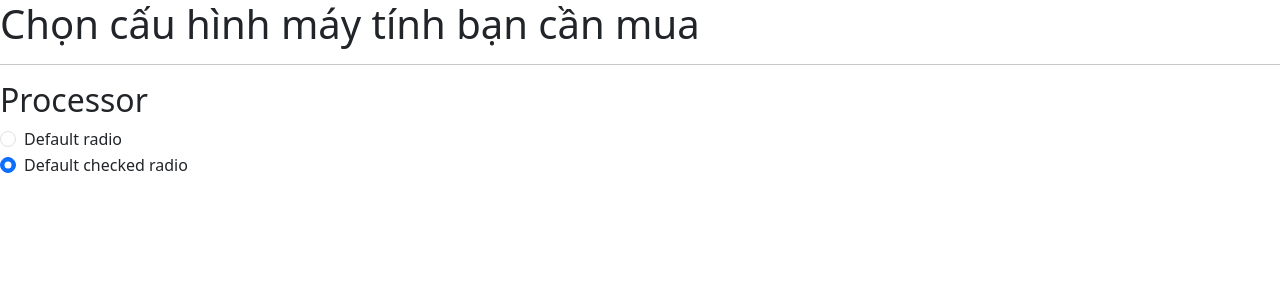
Repository: vnmk1/jsp_servlet-tutorials
Page: http://localhost/Bai7_BaiTapJSP/muaMayTinh.jsp
An editor plug-in stored every save of this project. The page is shown before and after the next save, followed by the edit.
The browser window is 1280 px wide. The pictures show the whole page.
The page is served by Tomcat 9.

Above is the page before, as saved 2023-07-19 08:30:01.

After the next save:
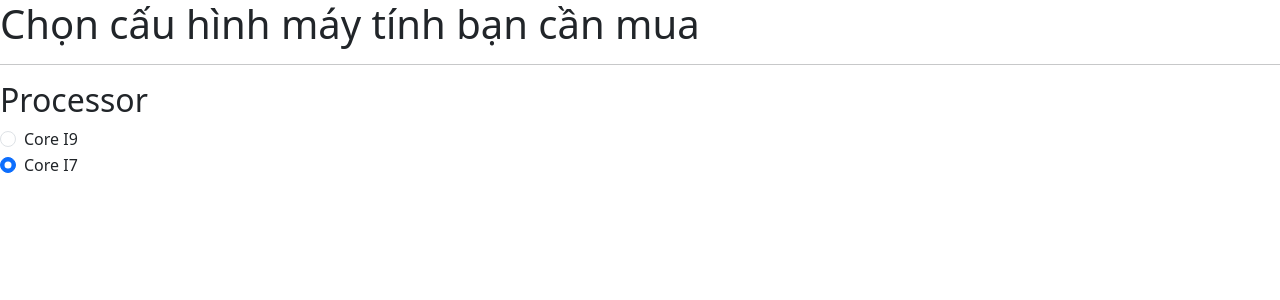
Saved 44 s later.
--- a/Bai7_BaiTapJSP/src/main/webapp/muaMayTinh.jsp
+++ b/Bai7_BaiTapJSP/src/main/webapp/muaMayTinh.jsp
@@ -26,14 +26,13 @@
 		<h2>Processor</h2>
 		<div class="form-check">
 			<input class="form-check-input" type="radio" name="processor"
-				id="corei9"> <label class="form-check-label"
-				for="flexRadioDefault1"> Default radio </label>
+				id="corei9"> <label class="form-check-label" for="corei9">Core
+				I9</label>
 		</div>
 		<div class="form-check">
 			<input class="form-check-input" type="radio" name="flexRadioDefault"
-				id="corei7" checked> <label
-				class="form-check-label" for="flexRadioDefault2"> Default
-				checked radio </label>
+				id="corei7" checked> <label class="form-check-label"
+				for="corei7"> Core I7</label>
 		</div>
 	</form>
 </body>
